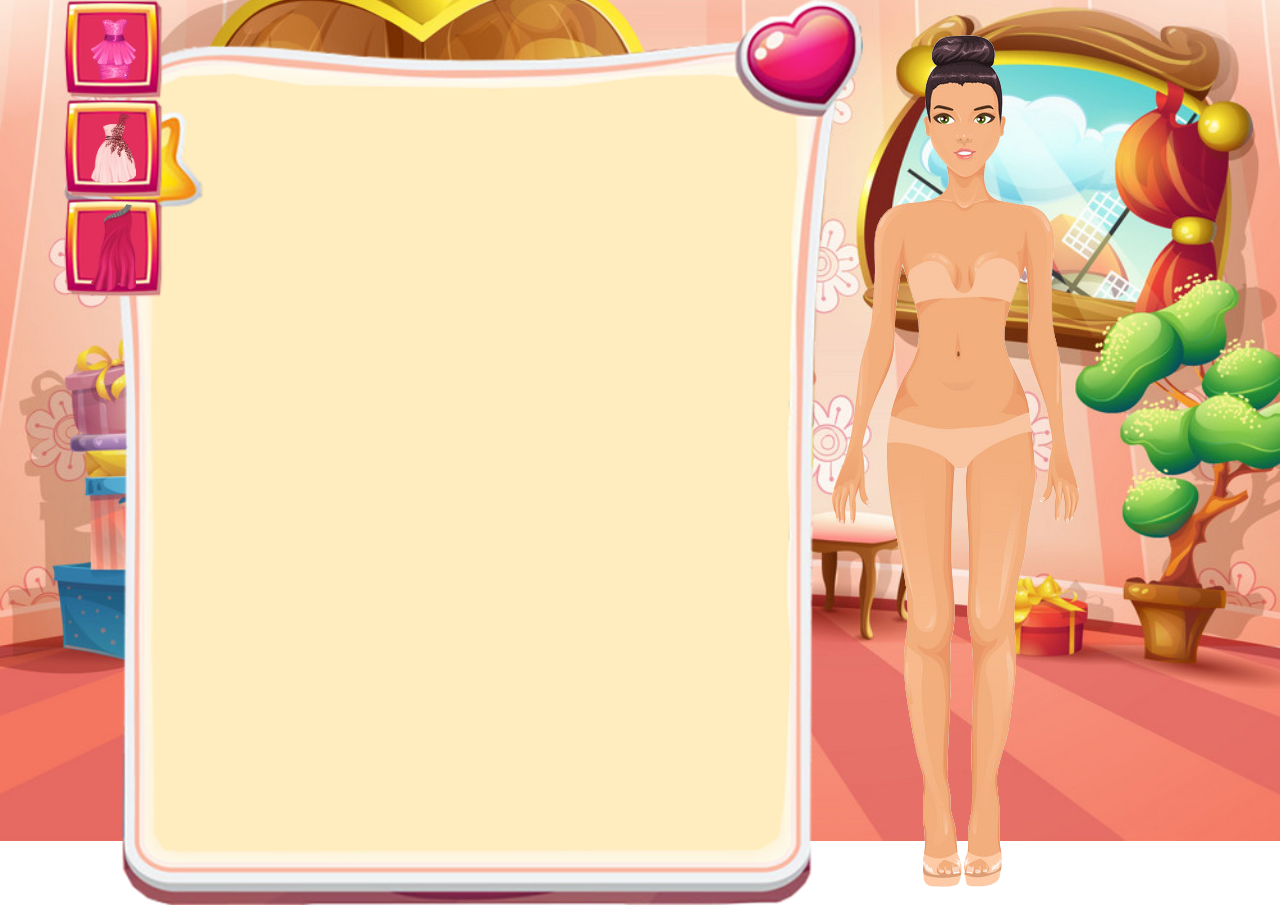
Repository: bunbubam/GameThayDoReactjs_NguyenKhacNghia
Page: /
The author's editor kept a copy of each file at every save. The page is drawn from the files as they stood at one save, then again after the next save.
The browser window is 1280 px wide. The pictures show the whole page.
The project was rebuilt for these pictures with package versions that can differ from the ones it lists, and the page was loaded fresh each time.

Above is the page before, as saved 2022-03-30 15:53:16.

After the next save:
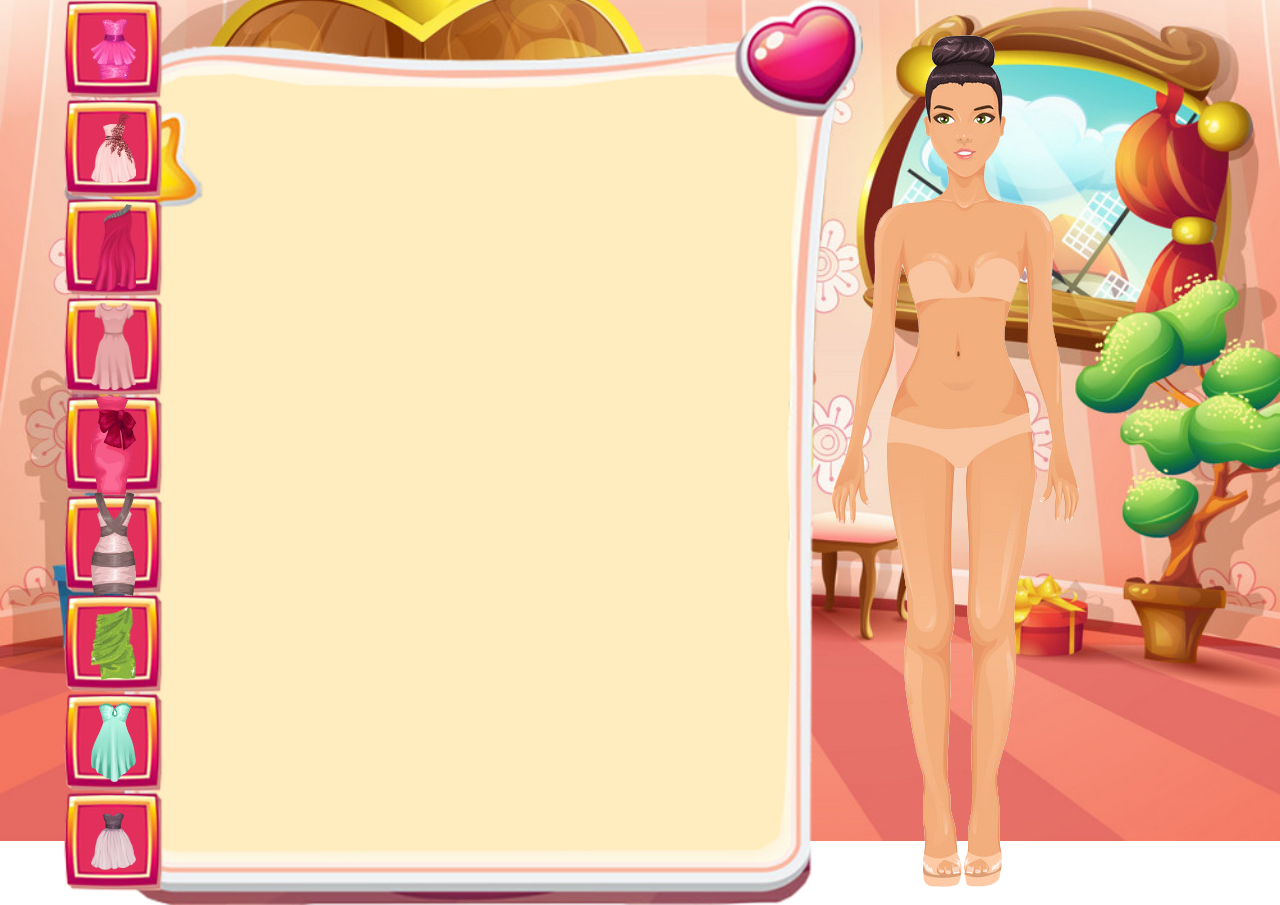
Saved 79 s later.
--- a/src/gamethaydo/dress.js
+++ b/src/gamethaydo/dress.js
@@ -40,6 +40,24 @@ changeClothing = (imgs) => {
                                 <div className='clothing-item d-flex flex-direction-row justify-content-center align-items-center'>
                                     <img onClick={()=>this.changeClothing(Clothing3)} src={require('./images/trangphuc3.png')} className='img-fluid'/>
                                 </div>
+                                <div className='clothing-item d-flex flex-direction-row justify-content-center align-items-center'>
+                                    <img onClick={()=>this.changeClothing(Clothing4)} src={require('./images/trangphuc4.png')} className='img-fluid'/>
+                                </div>
+                                <div className='clothing-item d-flex flex-direction-row justify-content-center align-items-center'>
+                                    <img onClick={()=>this.changeClothing(Clothing5)} src={require('./images/trangphuc5.png')} className='img-fluid'/>
+                                </div>
+                                <div className='clothing-item d-flex flex-direction-row justify-content-center align-items-center'>
+                                    <img onClick={()=>this.changeClothing(Clothing6)} src={require('./images/trangphuc6.png')} className='img-fluid'/>
+                                </div>
+                                <div className='clothing-item d-flex flex-direction-row justify-content-center align-items-center'>
+                                    <img onClick={()=>this.changeClothing(Clothing7)} src={require('./images/trangphuc7.png')} className='img-fluid'/>
+                                </div>
+                                <div className='clothing-item d-flex flex-direction-row justify-content-center align-items-center'>
+                                    <img onClick={()=>this.changeClothing(Clothing8)} src={require('./images/trangphuc8.png')} className='img-fluid'/>
+                                </div>
+                                <div className='clothing-item d-flex flex-direction-row justify-content-center align-items-center'>
+                                    <img onClick={()=>this.changeClothing(Clothing9)} src={require('./images/trangphuc9.png')} className='img-fluid'/>
+                                </div>
                             </div>
                         </div>
                         <div className='col-12 col-xl-6 block-right position-relative'>
